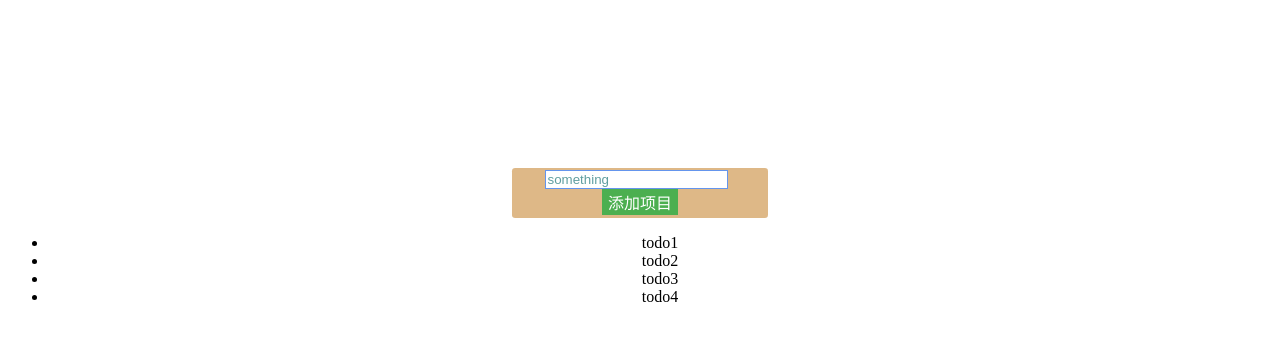
Repository: ArtemisWang/todolistProject
Page: /
These files come from the project's save history. The page is drawn as it stood at one moment and after the next save; the edit follows.
The browser window is 1280 px wide. The pictures show the whole page.
The project was rebuilt for these pictures with package versions that can differ from the ones it lists, and the page was loaded fresh each time.

Above is the page before, as saved 2020-02-28 21:45:49.

After the next save:
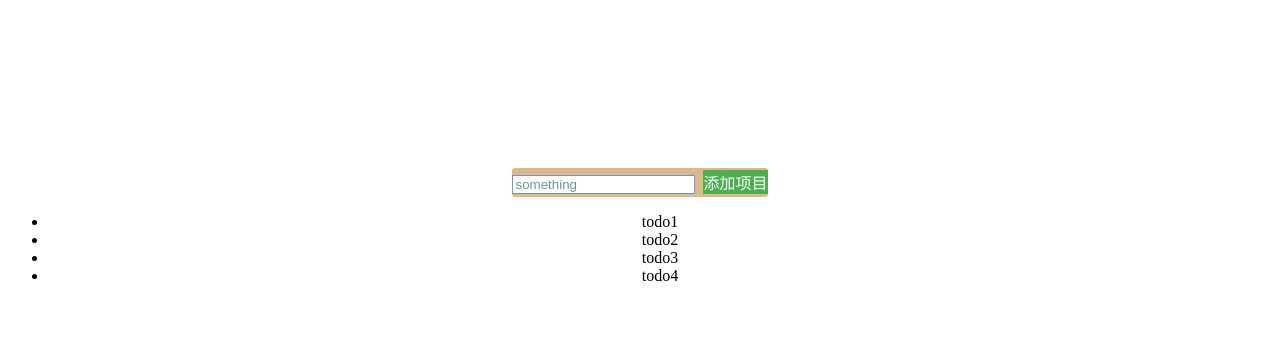
Saved 4 s later.
--- a/src/App.css
+++ b/src/App.css
@@ -25,7 +25,7 @@
     background-color: #4CAF50; /* Green */
     border: none;
     color: white;
-    padding: ;
+    padding: 0;
     text-align: center;
     text-decoration: none;
     display: inline-flex;
